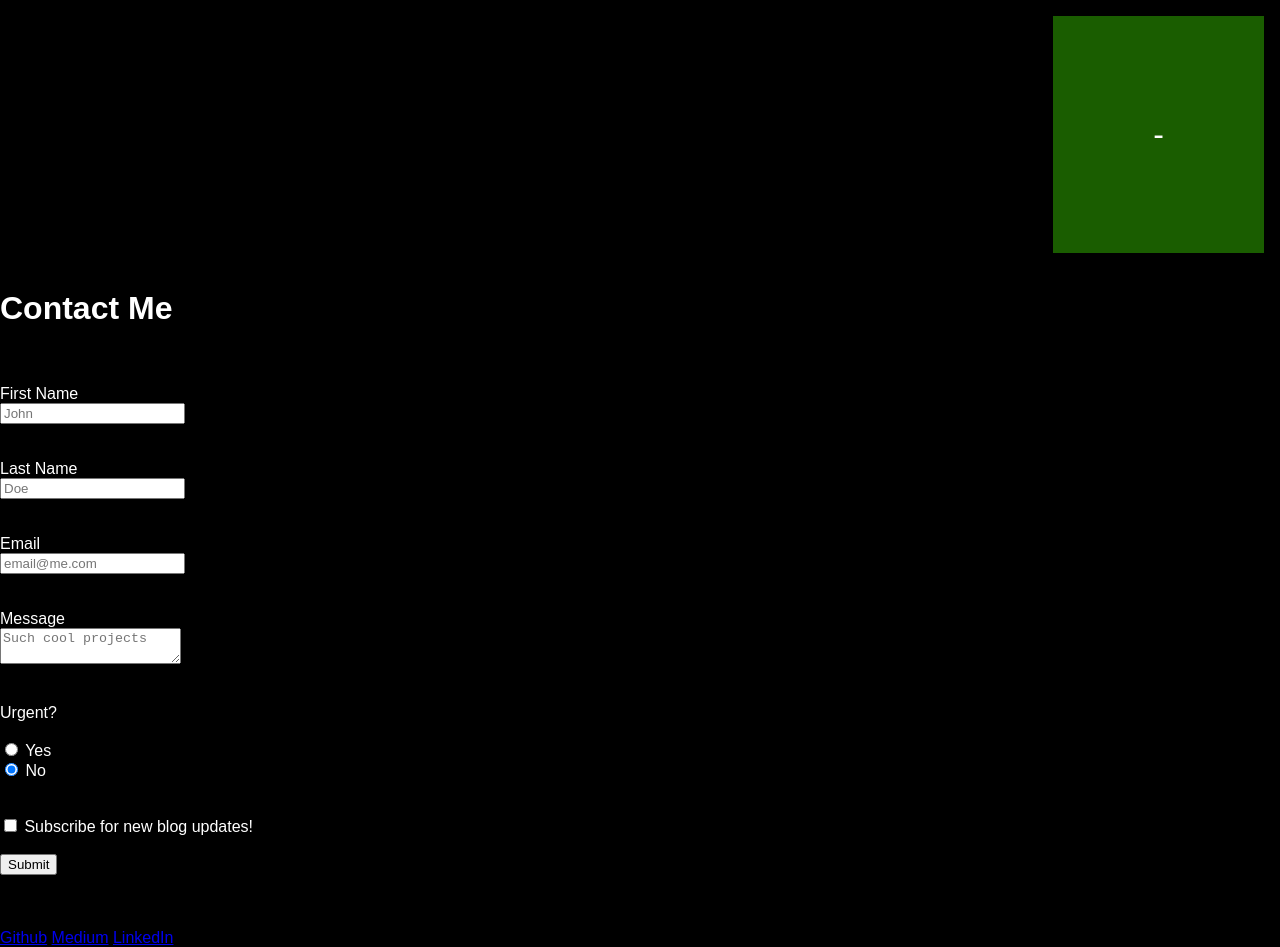
Repository: SamirIngley/html-semantic
Page: contact.html
These files come from the project's save history. The page is drawn as it stood at one moment and after the next save; the edit follows.
The browser window is 1280 px wide. The pictures show the whole page.

Above is the page before, as saved 2020-01-29 23:26:55.

After the next save:
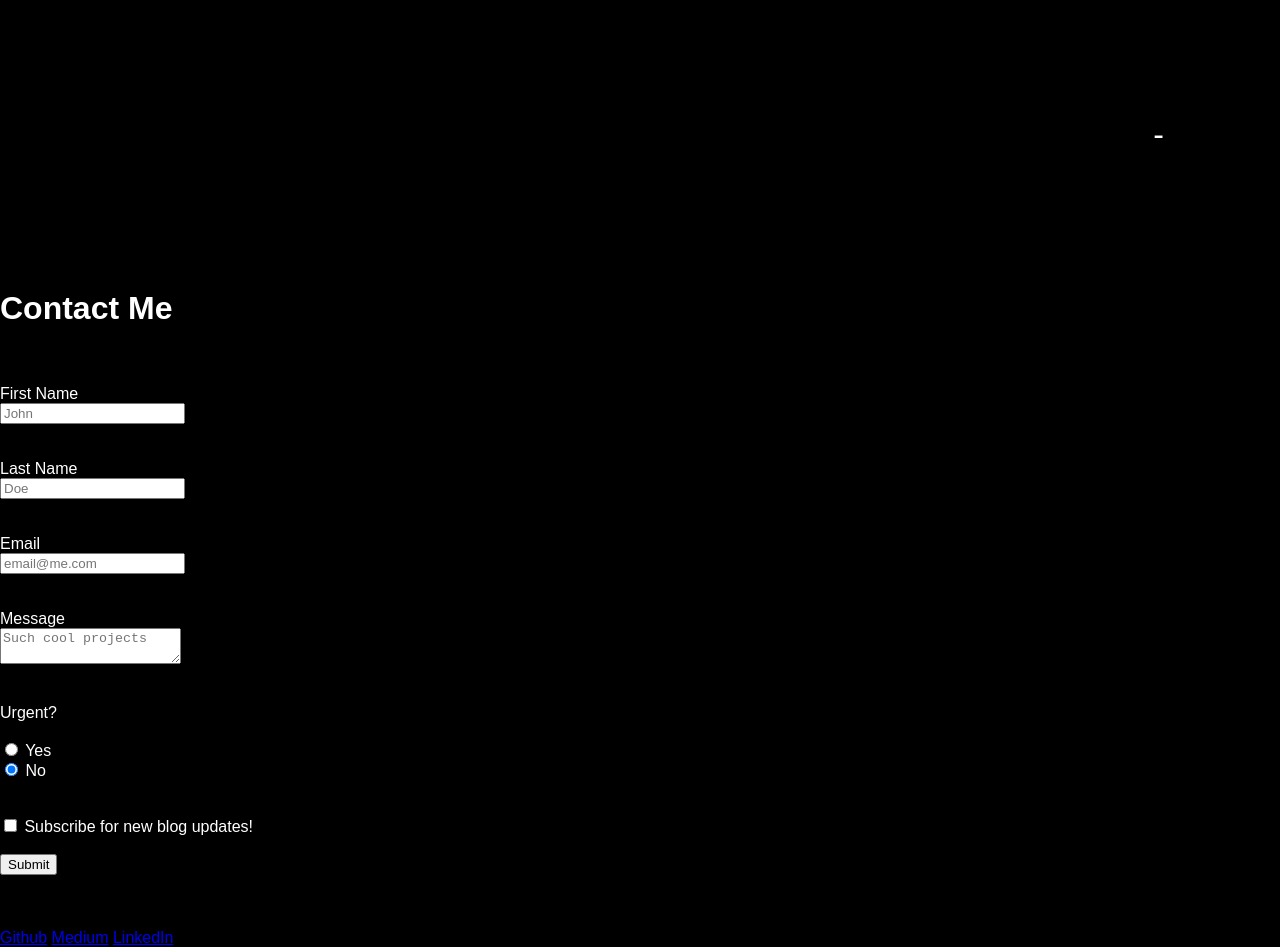
Saved 14 s later.
--- a/style.css
+++ b/style.css
@@ -73,7 +73,7 @@ body {
 }
 
 .dropbtn {
-  background-color: rgba(72, 255, 0, 0.363);
+  background-color: rgba(0, 0, 0, 0.363);
   min-width: 100px;
 
   color: white;
